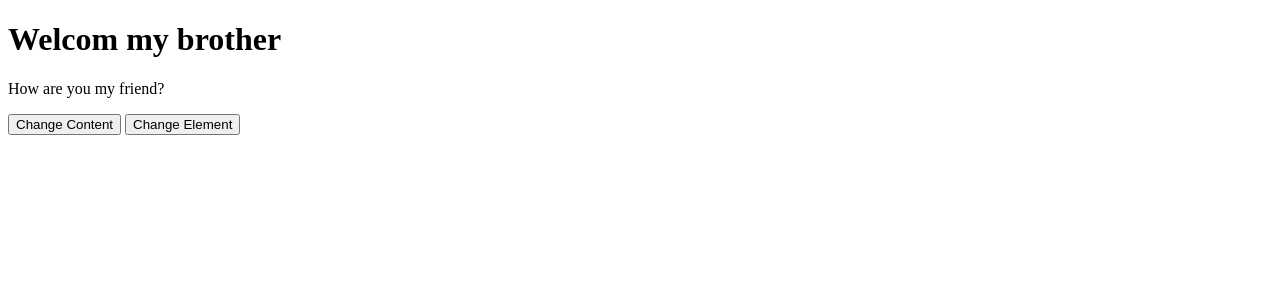
Repository: jamalissef-glitch/exercise1-JS
Page: Exercise34/index.html
The author's editor kept a copy of each file at every save. The page is drawn from the files as they stood at one save, then again after the next save.
The browser window is 1280 px wide. The pictures show the whole page.
After loading, the first visible `button` was clicked once.

Above is the page before, as saved 2026-07-14 19:08:26.

After the next save:
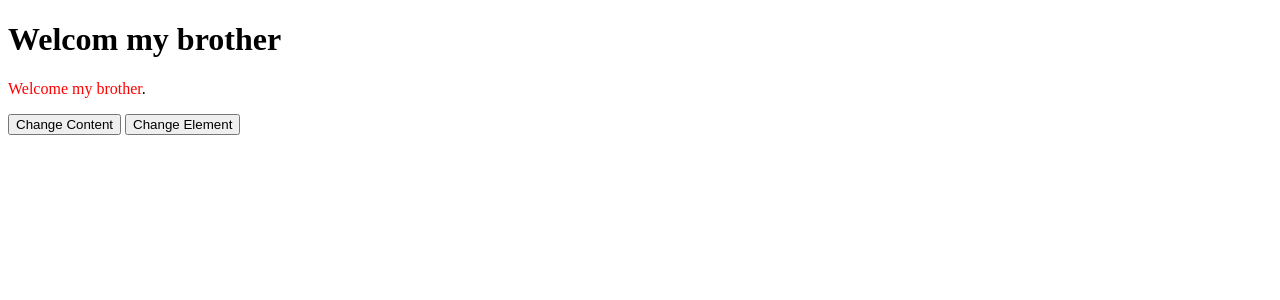
Saved 26 s later.
--- a/Exercise34/main.js
+++ b/Exercise34/main.js
@@ -12,6 +12,23 @@ function changeContent() {
 
  // Change text
 
- pragraph.innerHTML = "How are you my friend?";
+ pragraph.innerHTML = "<span style='color:red'>Welcome my brother</span>.";
 
 }
+
+
+function changeText() {
+
+ const header = document.querySelector("#header");
+
+ const pragraph = document.querySelector("#pragraph");
+
+ // change content
+
+ header.textContent = "Welcom my brother";
+
+ // Change text
+
+ pragraph.innerHTML = "<span style='color:red'>Welcome my brother</span>.";
+
+}
